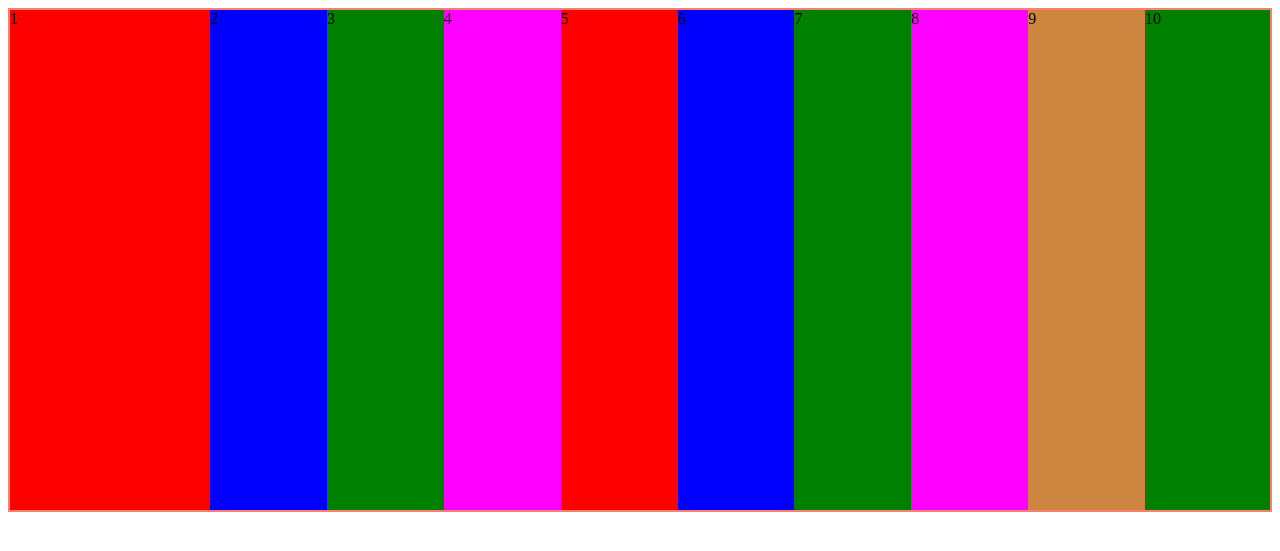
Repository: DinkarRavi/Dinkar_Coding
Page: 22aug24/grid.html
The author's editor kept a copy of each file at every save. The page is drawn from the files as they stood at one save, then again after the next save.
The browser window is 1280 px wide. The pictures show the whole page.

Above is the page before, as saved 2024-08-22 15:12:35.

### 22aug24/grid.html
<!DOCTYPE html>
<html lang="en">
<head>
    <meta charset="UTF-8">
    <meta name="viewport" content="width=device-width, initial-scale=1.0">
    <title>Document</title>
    <link rel="stylesheet" href="grid.css">
</head>
<body>

        <div id="parent">
        <div>1</div>
        <div>2</div>
        <div>3</div>
        <div>4</div>
        <div>5</div>
        <div>6</div>
        <div>7</div>
        <div>8</div>
        <div>9</div>
        <div>10</div>

    </div>
</body>
</html>

### 22aug24/grid.css


#parent{
border: 2px solid salmon;

height: 500px;
display: grid;
grid-template-columns: 200px ;
/* grid-template-rows: 200px 200px;  */
/* grid-auto-rows: 50px;
grid-template-columns:100px;  */
grid-auto-flow: column;
}
div{
div:nth-child(1) {
  background: red;
}
div:nth-of-type(2) {
    background: blue;
  }
  div:nth-child(3) {
    background: green;
  }
  div:nth-child(4) {
    background: magenta;
  }
  div:nth-child(5) {
    background: red;
  }
  div:nth-of-type(6) {
      background: blue;
    }
    div:nth-child(7) {
      background: green;
    }
    div:nth-child(8) {
      background: magenta;
    }
    div:nth-child(9) {
        background:peru;
      }
      div:nth-child(10) {
        background: green;}
}

After the next save:
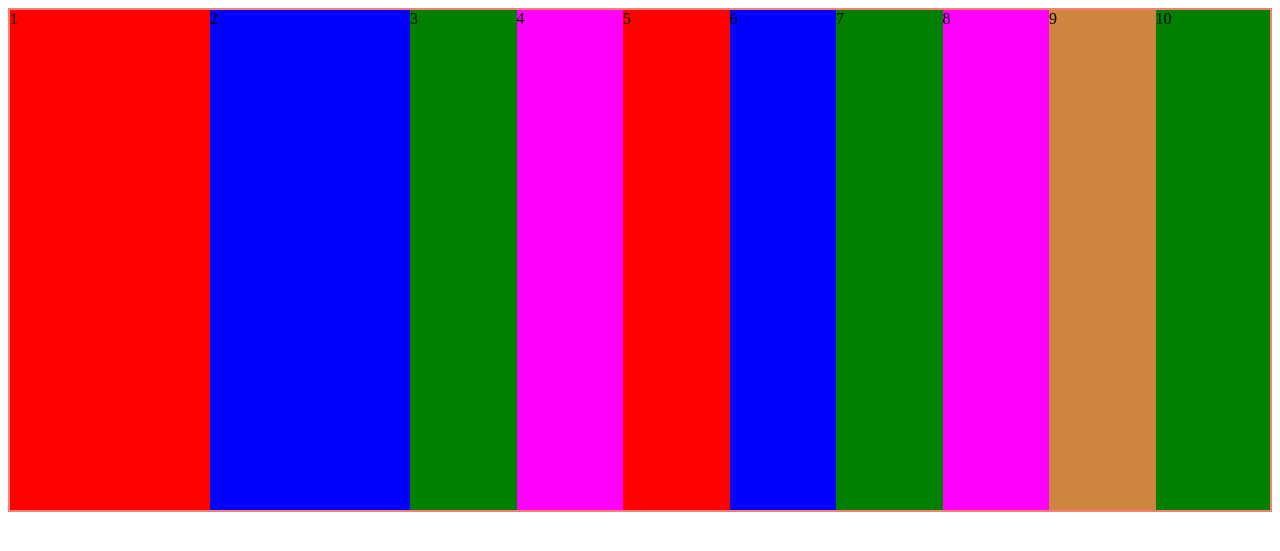
Saved 8 s later.
--- a/22aug24/grid.css
+++ b/22aug24/grid.css
@@ -5,7 +5,7 @@
 
 height: 500px;
 display: grid;
-grid-template-columns: 200px ;
+grid-template-columns: 200px 200px;
 /* grid-template-rows: 200px 200px;  */
 /* grid-auto-rows: 50px;
 grid-template-columns:100px;  */
